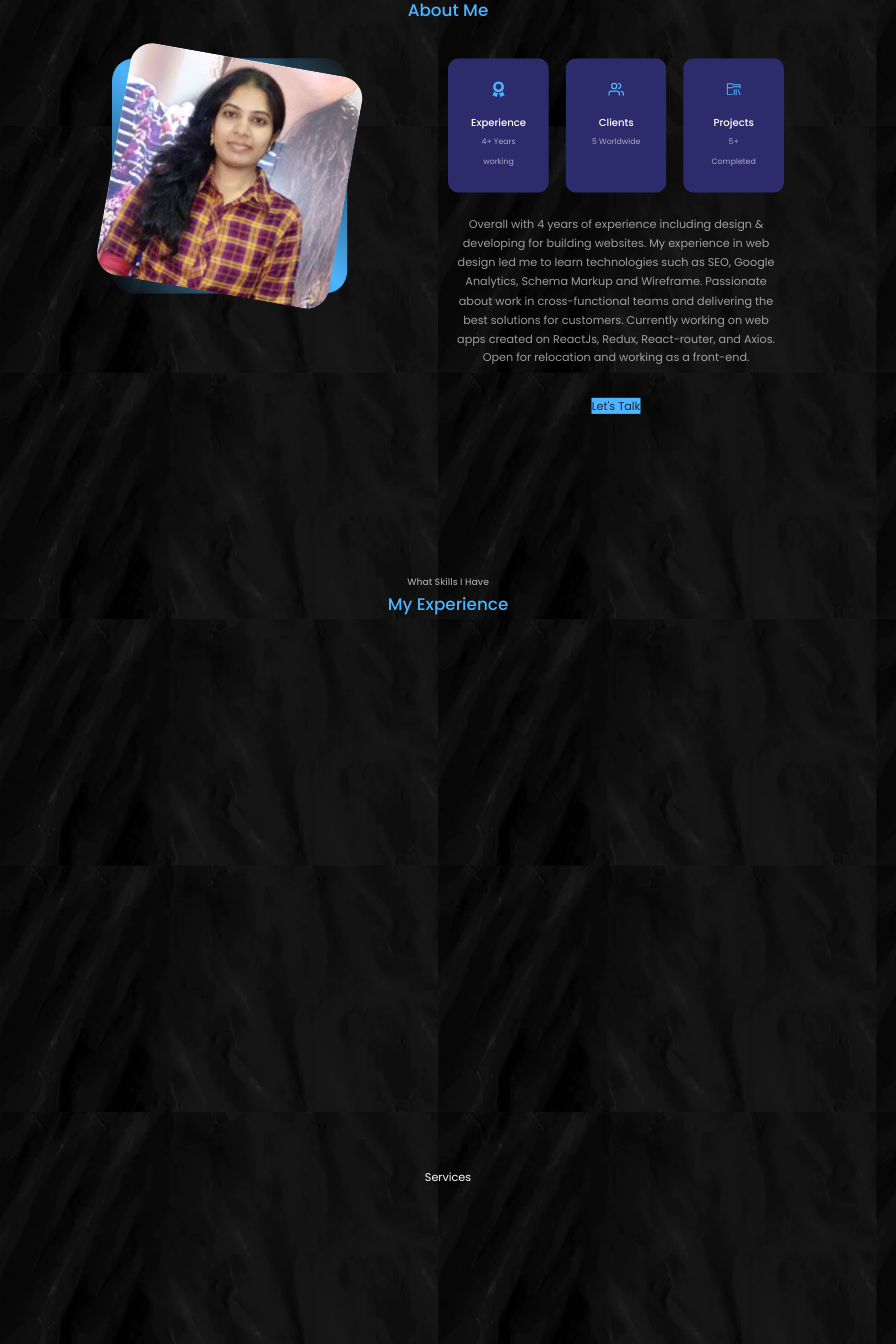
Repository: mayuri2018/Mr_react_portfolio
Page: /
An editor plug-in stored every save of this project. The page is shown before and after a run of saves, followed by the edit.
The browser window is 1280 px wide. The pictures show the part of the page from y = 876 to 2796 px (the page is 5835 px tall), at 70% of full size.
The project was rebuilt for these pictures with package versions that can differ from the ones it lists, and the page was loaded fresh each time. Also part of the build but not shown: src/components/experience/experience.css, src/components/services/services.css, src/components/portfolio/portfolio.css, src/components/testimonials/testimonials.css, src/components/contact/contact.css, src/components/footer/footer.css.

Above is the page before, as saved 2023-01-25 13:53:30.

After the next 2 saves:
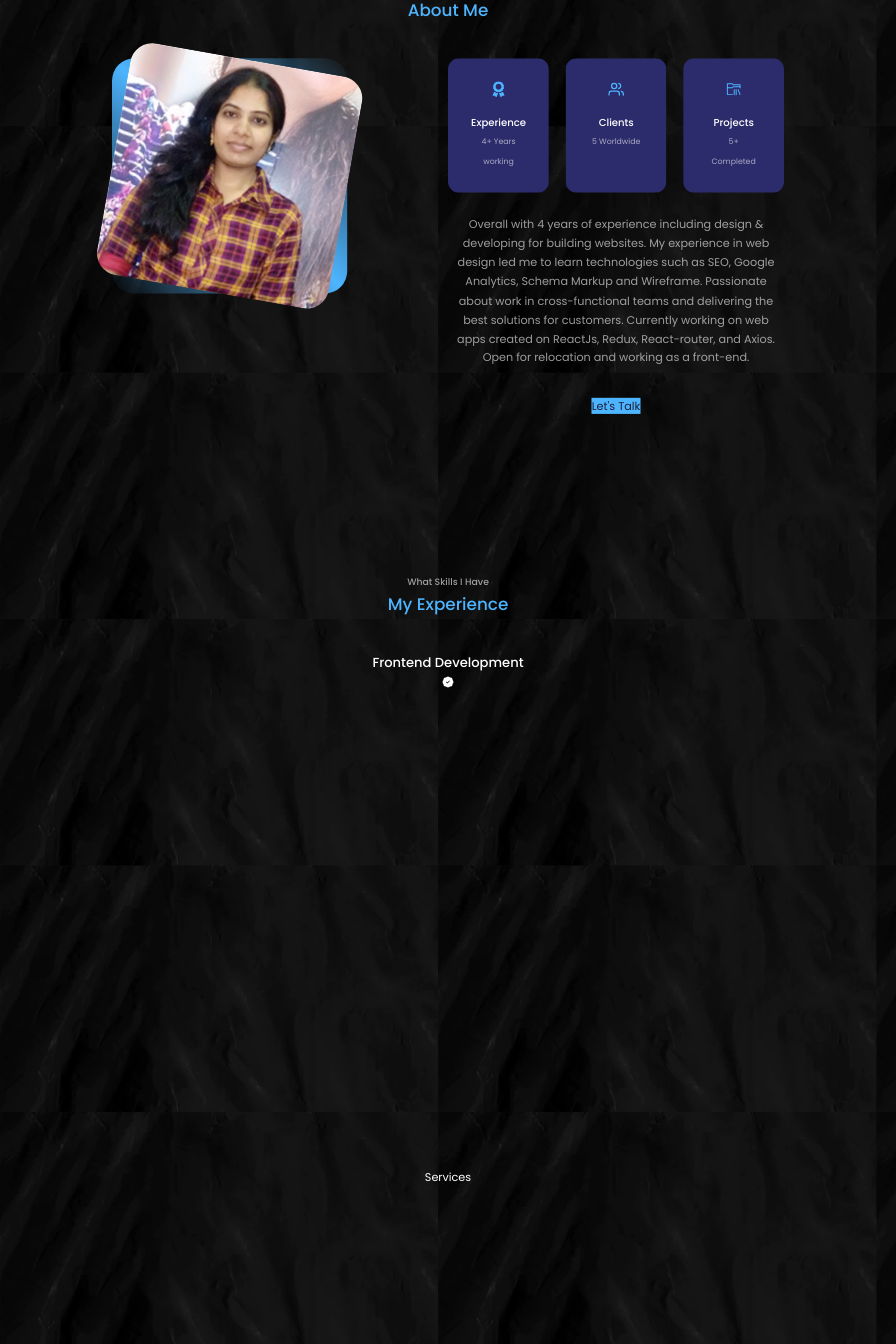
The 2 saves are shown as one change because 1 did not build or start.
The last was saved 4 min 2 s later.
--- a/src/components/experience/Experience.jsx
+++ b/src/components/experience/Experience.jsx
@@ -1,5 +1,6 @@
 import React from "react";
 import "./experience.css";
+import {BsPatchCheckFill} from "react-icons/bs"
 
 export default function Experience (){
     return(
@@ -9,7 +10,12 @@ export default function Experience (){
 
             <div className="container experience_container">
                 <div className="experience_frontend">
-
+                    <h3>Frontend Development</h3>
+                    <div className="experience_content">
+                        <article className="experience_details">
+                            <BsPatchCheckFill/>
+                        </article>
+                    </div>
                 </div>
 
             </div>
